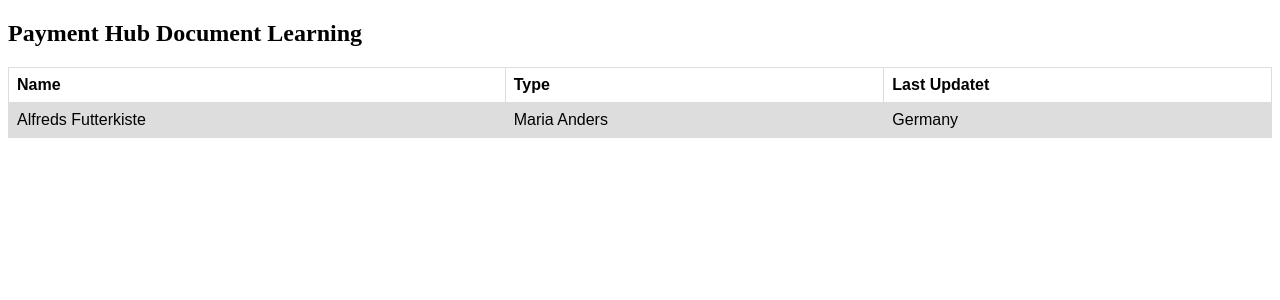
Repository: natzuke06/PMHEwallet
Page: payment/src/main/resources/static/index.html
An editor plug-in stored every save of this project. The page is shown before and after the next save, followed by the edit.
The browser window is 1280 px wide. The pictures show the whole page.

Above is the page before, as saved 2018-04-26 16:54:17.

After the next save:
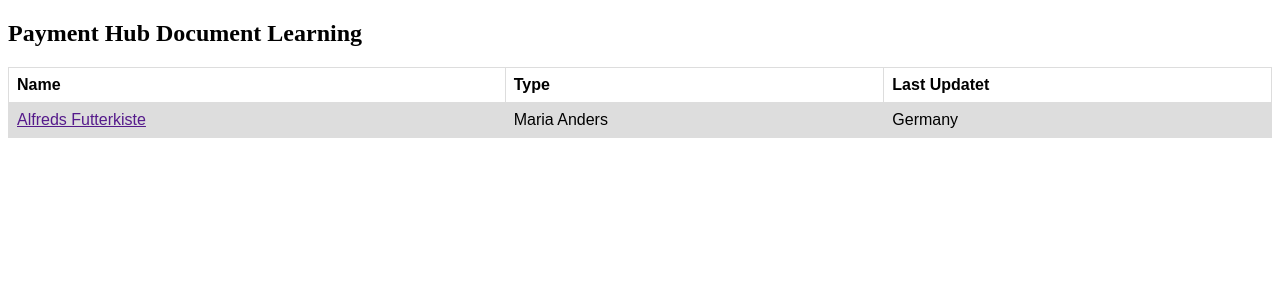
Saved 32 min 32 s later.
--- a/payment/src/main/resources/static/index.html
+++ b/payment/src/main/resources/static/index.html
@@ -30,7 +30,7 @@ tr:nth-child(even) {
     <th>Last Updatet</th>
   </tr>
   <tr>
-    <td>Alfreds Futterkiste</td>
+    <td><a href="">Alfreds Futterkiste</a></td>
     <td>Maria Anders</td>
     <td>Germany</td>
   </tr>
